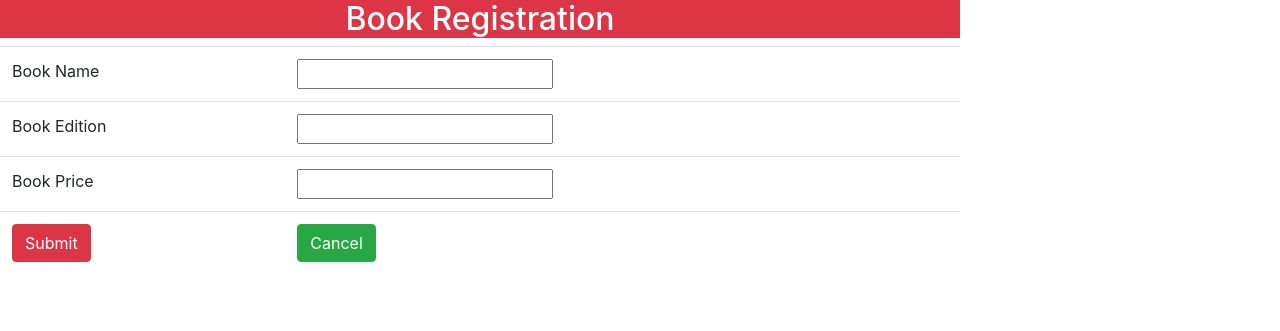
Repository: meriam0000/servlet
Page: BookWebApp/src/main/webapp/Home.html
The author's editor kept a copy of each file at every save. The page is drawn from the files as they stood at one save, then again after the next save.
The browser window is 1280 px wide. The pictures show the whole page.

Above is the page before, as saved 2024-02-12 20:49:43.

After the next save:
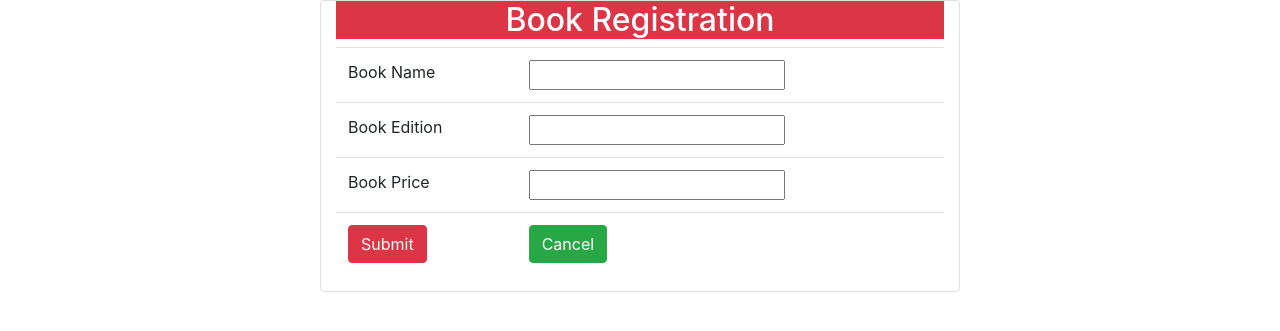
Saved 79 s later.
--- a/BookWebApp/src/main/webapp/Home.html
+++ b/BookWebApp/src/main/webapp/Home.html
@@ -5,7 +5,7 @@
 <title>Book Registration</title>
 <link rel="stylesheet"  href="css/bootstrap.css ">
 </head>
-<body class="container-fluid-card" style="width:60rem;" >
+<body class="container-fluid card" style="width:40rem;" >
 <h2 class="bg-danger text-white text-center">Book Registration </h2>
 <form action="register" method="post" >
 <table class="table table-hover" >
